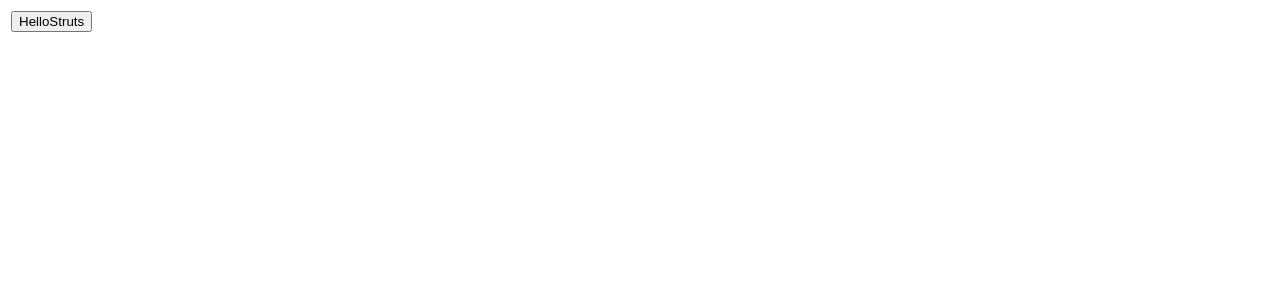
Repository: 8luemitsuho/test
Page: http://localhost/WebProj2/
An editor plug-in stored every save of this project. The page is shown before and after a run of saves, followed by the edit.
The browser window is 1280 px wide. The pictures show the whole page.
The page is served by Tomcat 9. Other server files are loaded and not shown.

Above is the page before, as saved 2019-07-25 06:12:20.

### WebProj2/WebContent/index.jsp
<%@ page language="java" contentType="text/html; charset=UTF-8"
    pageEncoding="UTF-8"%>
<%@ taglib prefix="s" uri="/struts-tags" %>
<!DOCTYPE html>
<html>
<head>
	<meta charset="UTF-8">
	<title>INDEX</title>
</head>
<body>
	<s:form action="HelloStrutsAction">
		<s:submit value="HelloStruts"/>
	</s:form>
</body>
</html>

After the next 2 saves:
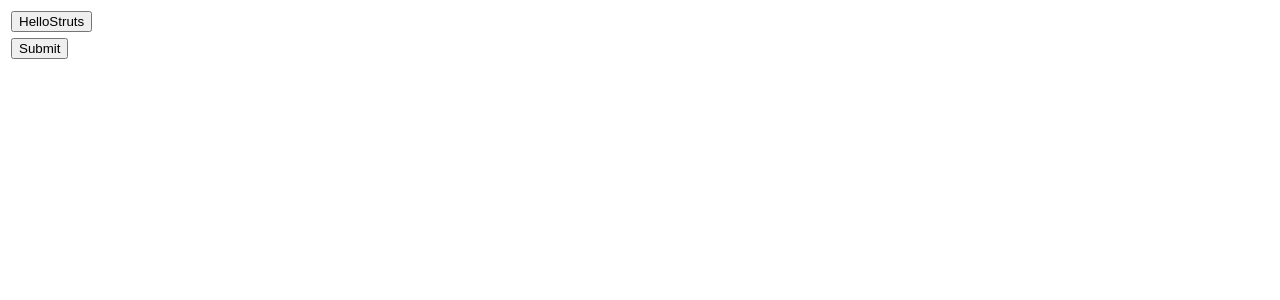
The 2 saves are shown as one change because 1 did not build or start.
The last was saved 2 min 38 s later.
--- a/WebProj2/WebContent/index.jsp
+++ b/WebProj2/WebContent/index.jsp
@@ -11,5 +11,9 @@
 	<s:form action="HelloStrutsAction">
 		<s:submit value="HelloStruts"/>
 	</s:form>
+
+	<s:form action="Welcomeaction">
+		<s:submit valie="Welcome"/>
+	</s:form>
 </body>
 </html>
